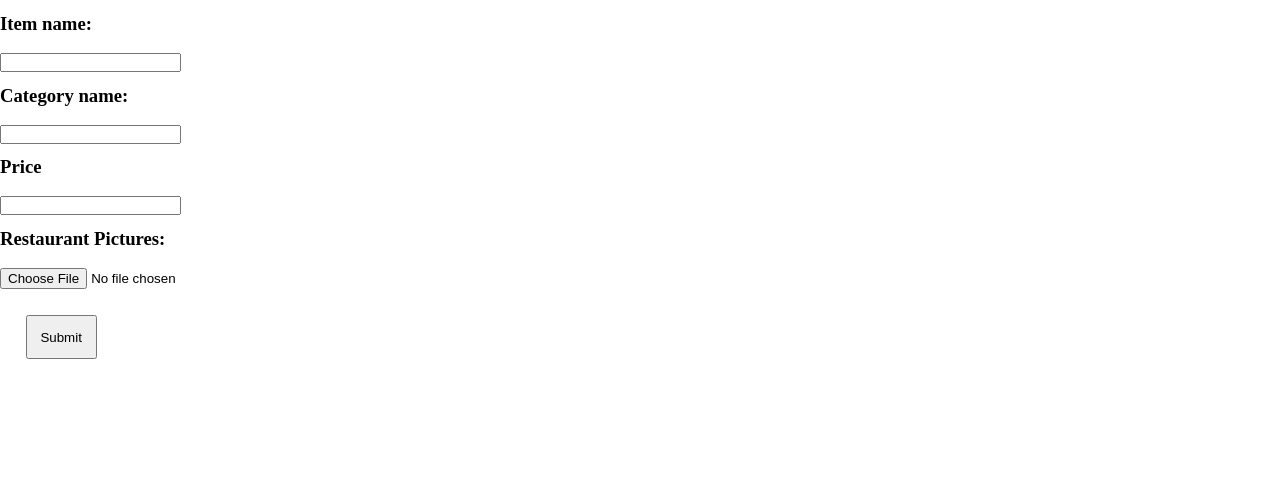
Repository: jatannoury/Ecommerce-Laravel-Electron
Page: Admin-electron/src/HTML/add_item.html
The author's editor kept a copy of each file at every save. The page is drawn from the files as they stood at one save, then again after a run of saves.
The browser window is 1280 px wide. The pictures show the whole page.

Above is the page before, as saved 2022-06-10 22:49:54.

After the next 5 saves:
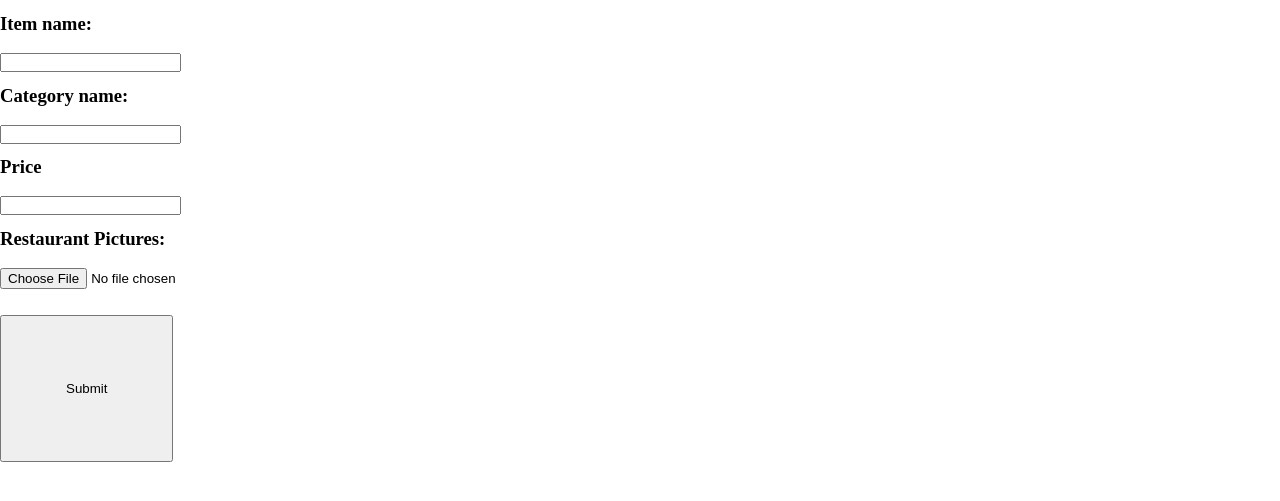
The 5 saves are shown as one change because they came seconds apart.
The last was saved 35 s later.
--- a/Admin-electron/src/CSS/styles.css
+++ b/Admin-electron/src/CSS/styles.css
@@ -28,6 +28,6 @@
 
 .submit{
     margin-top: 2%;
-    margin-left: 2%;
-    padding: 1% 1% 1% 1%;
+
+    padding: 5% 5% 5% 5%;
 }
